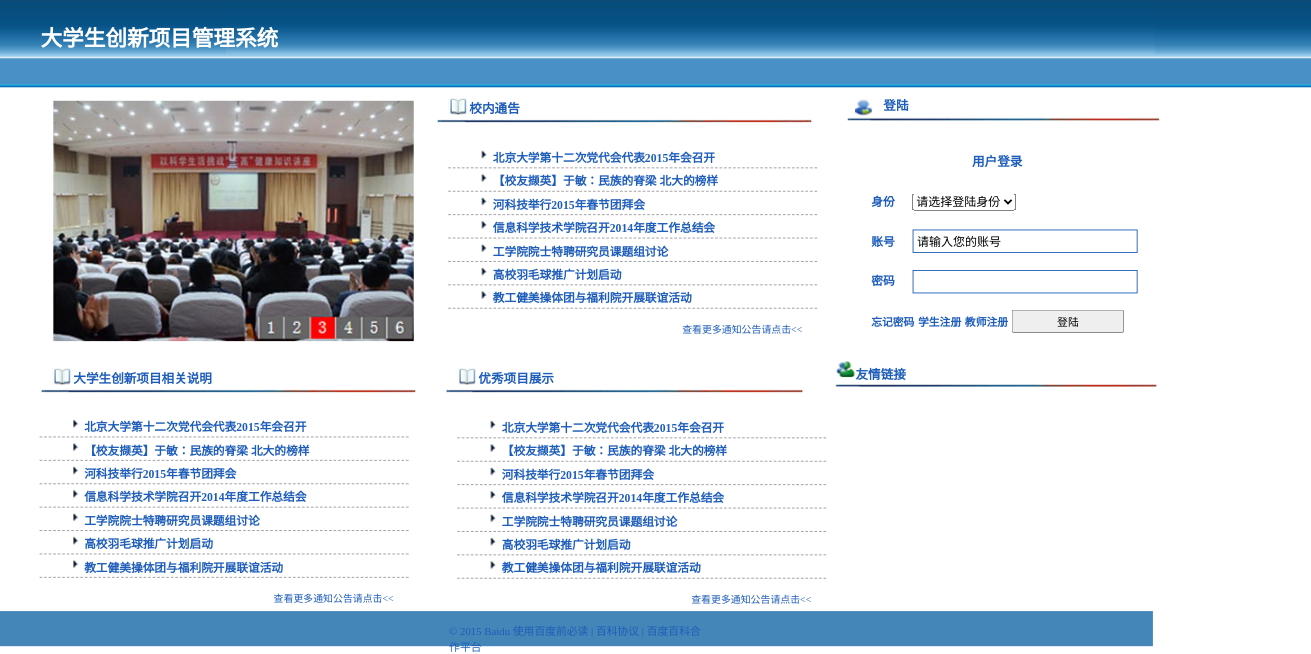
Repository: msmwlxy/ProjectManagement
Page: http://localhost/ProjectManagement/
These files come from the project's save history. The page is drawn as it stood at one moment and after the next save; the edit follows.
The browser window is 1280 px wide. The page is 1457 px wide, so the pictures cover 1457 px, including what lies to the right of the window. The pictures show the whole page, at 90% of full size.
The page is served by Tomcat 9. Nobody is signed in. The application's start-up code is not run. Other server files are loaded and not shown.

Above is the page before, as saved 2015-02-28 14:48:25.

### ProjectManagement/WebRoot/index.jsp
<%@ page language="java" import="java.util.*" pageEncoding="utf-8"%>
<%
	String path = request.getContextPath();
	String basePath = request.getScheme() + "://"
			+ request.getServerName() + ":" + request.getServerPort()
			+ path + "/";
%>

<!DOCTYPE HTML PUBLIC "-//W3C//DTD HTML 4.01 Transitional//EN">
<html>
<head>
<base href="<%=basePath%>">

<title>My JSP 'index.jsp' starting page</title>
<meta http-equiv="pragma" content="no-cache">
<meta http-equiv="cache-control" content="no-cache">
<meta http-equiv="expires" content="0">
<meta http-equiv="keywords" content="keyword1,keyword2,keyword3">
<meta http-equiv="description" content="This is my page">

<meta http-equiv="Content-Type" content="text/html; charset=utf-8" />
<!--
	<link rel="stylesheet" type="text/css" href="styles.css">
	-->
<link href="css/Home page11.css" type="text/css" rel="stylesheet" />
</head>

<body>
	<!-- This is my JSP page. <br>
    <a href="log_loginUI">登陆界面</a>
    <a href="log_signInUI?identity=5">学生注册界面</a>
     <a href="log_signInUI?identity=4">指导老师注册界面</a> -->


	<header>
	<div class="header">大学生创新项目管理系统</div>
	</header>
	<main>
	<div class="main" style="margin:0 auto;">
		<div class="left1">
			<img src="images/22.png" style="margin:24px 30px;">
		</div>
		<div class="middle1">
			<img src="images/shu.png">
			<div class="xiao">&nbsp;校内通告</div>
			<div class="xian">
				<img src="images/xian.png" width="420">
			</div>
			<div class="xuxian">
				<img src="images/sanjiao.png">&nbsp;&nbsp;<a href="#">北京大学第十二次党代会代表2015年会召开</a>
			</div>
			<div class="xuxian">
				<img src="images/sanjiao.png">&nbsp;&nbsp;<a href="#">【校友撷英】于敏：民族的脊梁&nbsp;北大的榜样</a>
			</div>
			<div class="xuxian">
				<img src="images/sanjiao.png">&nbsp;&nbsp;<a href="#">河科技举行2015年春节团拜会</a>
			</div>
			<div class="xuxian">
				<img src="images/sanjiao.png">&nbsp;&nbsp;<a href="#">信息科学技术学院召开2014年度工作总结会</a>
			</div>
			<div class="xuxian">
				<img src="images/sanjiao.png">&nbsp;&nbsp;<a href="#">工学院院士特聘研究员课题组讨论</a>
			</div>
			<div class="xuxian">
				<img src="images/sanjiao.png">&nbsp;&nbsp;<a href="#">高校羽毛球推广计划启动</a>
			</div>
			<div class="xuxian">
				<img src="images/sanjiao.png">&nbsp;&nbsp;<a href="#">教工健美操体团与福利院开展联谊活动</a>
			</div>
			<span class="pl_dianji"><a href="#" style="color:#1E5DBA;">查看更多通知公告请点击<<
			</a> </span>
		</div>
		<div class="right1">
			&nbsp;&nbsp;<img src="images/yi.png">
			<div class="ri1_deng">&nbsp;登陆</div>
			<div class="ri1_rr">
				<img src="images/xian.png" width="350">
				<p>用户登录</p>
			</div>
			<div class="ri1_sanjiao">
				<div class="ri1_login_text">
					<form method="post" action="log_login" onsubmit="check();">
						<div class="ri1_login_down">
							<font style="margin-left:30px;margin-right:15px;">身份</font> <select
								name="identity">
								<option value="0" selected="selected">请选择登陆身份</option>
								<option value="1">管理员</option>
								<option value="2">教务处审核人</option>
								<option value="3">院系审核人</option>
								<option value="4">指导老师</option>
								<option value="5">学生</option>
							</select>
							<div class="zhanghao">
								<font>账号</font><input name="accountNum" value="请输入您的账号"
									style="border:solid #1E5DBA 1px;" type="text" /><br> <font>密码</font><input
									name="password" style="border:solid #1E5DBA 1px;"
									type="password" />
							</div>
						</div>
						<div class="zhuce">
							<a href="">忘记密码</a> <a href="log_signInUI?identity=5">学生注册</a> <a
								href="log_signInUI?identity=4">教师注册</a> <input type="submit"
								style="width:125px;margin-left:0px;padding:2px;font-family:微软雅黑;font-size:12px"
								value="登陆" />
						</div>
					</form>
				</div>
			</div>
		</div>
		<div class="left2">
			<img src="images/shu.png">
			<div class="le2_da">&nbsp;大学生创新项目相关说明</div>
			<div class="xian">
				<img src="images/xian.png" width="420">
				<div id="le2_shuoming">
					<div class="xuxian">
						<img src="images/sanjiao.png">&nbsp;&nbsp;<a href="#">北京大学第十二次党代会代表2015年会召开</a>
					</div>
					<div class="xuxian">
						<img src="images/sanjiao.png">&nbsp;&nbsp;<a href="#">【校友撷英】于敏：民族的脊梁&nbsp;北大的榜样</a>
					</div>
					<div class="xuxian">
						<img src="images/sanjiao.png">&nbsp;&nbsp;<a href="#">河科技举行2015年春节团拜会</a>
					</div>
					<div class="xuxian">
						<img src="images/sanjiao.png">&nbsp;&nbsp;<a href="#">信息科学技术学院召开2014年度工作总结会</a>
					</div>
					<div class="xuxian">
						<img src="images/sanjiao.png">&nbsp;&nbsp;<a href="#">工学院院士特聘研究员课题组讨论</a>
					</div>
					<div class="xuxian">
						<img src="images/sanjiao.png">&nbsp;&nbsp;<a href="#">高校羽毛球推广计划启动</a>
					</div>
					<div class="xuxian">
						<img src="images/sanjiao.png">&nbsp;&nbsp;<a href="#">教工健美操体团与福利院开展联谊活动</a>
					</div>
					<span class="pl_dianji"><a href="#" style="color:#1E5DBA;">查看更多通知公告请点击<<
					</a> </span>
				</div>
			</div>
		</div>
		<div class="middle2">
			<img src="images/shu.png">
			<div class="you">&nbsp;优秀项目展示</div>
			<div class="xian">
				<img src="images/xian.png" width="400">
			</div>
			<div class="xuxian">
				<img src="images/sanjiao.png">&nbsp;&nbsp;<a href="#">北京大学第十二次党代会代表2015年会召开</a>
			</div>
			<div class="xuxian">
				<img src="images/sanjiao.png">&nbsp;&nbsp;<a href="#">【校友撷英】于敏：民族的脊梁&nbsp;北大的榜样</a>
			</div>
			<div class="xuxian">
				<img src="images/sanjiao.png">&nbsp;&nbsp;<a href="#">河科技举行2015年春节团拜会</a>
			</div>
			<div class="xuxian">
				<img src="images/sanjiao.png">&nbsp;&nbsp;<a href="#">信息科学技术学院召开2014年度工作总结会</a>
			</div>
			<div class="xuxian">
				<img src="images/sanjiao.png">&nbsp;&nbsp;<a href="#">工学院院士特聘研究员课题组讨论</a>
			</div>
			<div class="xuxian">
				<img src="images/sanjiao.png">&nbsp;&nbsp;<a href="#">高校羽毛球推广计划启动</a>
			</div>
			<div class="xuxian">
				<img src="images/sanjiao.png">&nbsp;&nbsp;<a href="#">教工健美操体团与福利院开展联谊活动</a>
			</div>
			<span class="pl_dianji"><a href="#" style="color:#1E5DBA;">查看更多通知公告请点击<<
			</a> </span>
		</div>
		<div class="right2">
			&nbsp;&nbsp;
			<div class="ri2_yq_tu">
				<img src="images/er.png">
			</div>
			<div class="ri2_lian">&nbsp;友情链接</div>
			<div class="ri2_i">
				<img src="images/xian.png" width="360">
			</div>
		</div>
	</div>
	</main>
	<bottom>
	<div class="bottom">
		<a href="#">© 2015 Baidu 使用百度前必读 | 百科协议 | 百度百科合作平台</a>
	</div>
	</bottom>






</body>
</html>

### ProjectManagement/WebRoot/css/Home page11.css
@charset "utf-8";
/* CSS Document */
main{
	margin:0 auto;
}
.header{
	background:url(../images/toulan.png);
	background-repeat:repeat-x;
	margin:-9px -9px;
	width:1366px;
	height:50px;
	font-weight:bolder;
	font-size:24px;
	padding:24px 46px;
	color:#FFF;
	/*border:1px #0C0 solid;*/
	}
.main{
	margin:10px -9px;
	padding-bottom::10px 100px;
	/*border:solid;*/
	width:1366px;
	height:600px;
	/*border:1px #0C0 solid;*/
	}
.left1{
	height:300px;
	width:450px;
	padding-left:20px;
	float:left;
	}
.middle1{
	padding:20px 20px;
	height:260px;
	width:400px;
	float:left;
	}
.xiao{
	margin:-18px 20px;
	font-size:14px;
	color:#1E5DBA;
	font-weight:bolder;
	}
.xian{
	margin:22px -14px;
	height:6px;
	width:300px;
	}
.right1{
	height:300px;
	width:380px;
	float:left;
	}
.right1 img{
	margin:20px 22px;
	font-size:14px;
	}
.ri1_deng{
	width:100px;
	height:19;
	margin:-51px 60px;
	margin-top:-49px;
	font-size:14px;
	color:#1E5DBA;
	font-weight:bolder;
	}
.ri1_rr img{
	width:350px;
	height:3px;
	margin-top:57px;
	}
.ri1_rr p{
	text-align:center;
	color:#1E5DBA;
	font-size:14px;
	font-weight:bolder;
	}
.ri1_sanjiao{
	width:360;
	height:164;
	font-size:16px;
	font-weight:bolder;
	color:#1950B6;
	margin-left:20px;
	}
.ri1_sanjiao font{
	font-weight:bolder;
	color:#1E5DBA;
	font-size:13px;
	margin-top:10px;
	}
.ri1_sanjiao input{
	width:250px;
	font-family:"微软雅黑";
	padding:4px;
	margin-left:20px;
	}
.ri1_sanjiao img{
	margin-left:30px;
	}
.ri1_sanjiao span{
	margin-left:100px;
	}
#ri1_login{
	margin-top:-30px;
	}

.ri1_login_text{
	line-height:44px;
	}
/*.ri1_login_down{
	margin-left:16px;
	margin-top:12px;
	}
*/
.zhanghao{
	margin-left:30px;
	/*border:1px #0C0 solid;*/
	}
.zhuce1{
	margin:20px 90px;
	/*border:1px #0C0 solid;*/
	}
.zhuce a{
		font-size:12px;
}
.zhuce{
	padding-left:30px;
}
.left2{
	padding:20px 20px;
	height:260px;
	width:410px;
	margin-left:30px;
	float:left;
	}
.le2_da{
	margin:-18px 20px;
	font-size:14px;
	color:#1E5DBA;
	font-weight:bolder;
}
#le2_shuoming{
	margin-top:24px;
	width:600px;
	height:69;
}
.middle2{
	padding:20px 20px;
	height:260px;
	width:400px;
	float:left;
	}
.right2{
	height:180px;
	width:342px;
	float:right;
	margin:-310px 60px;
	}
.ri2_lian{
	margin-top:-16px;
	margin-left:20px;
	font-size: 14px;
	color: #1E5DBA;
	font-weight: bolder;
	}
.ri2_i{
	margin-top:2px;
	}
.ri2_you{
	margin:-24px 40px;
	font-size:14px;
	color:#1E5DBA;
	font-weight:bolder;
	}


.left1{
	height:300px;
	width:450px;
	float:left;
	}
.middle1{
	padding:20px 20px;
	height:260px;
	width:400px;
	float:left;
	}
.xiao{
	margin:-18px 20px;
	font-size:14px;
	color:#1E5DBA;
	font-weight:bolder;
	}
.xian{
	margin:22px -14px;
	height:6px;
	width:300px;
}
.xuxian{
	color:#1E5DBA;
	height:25px;
	width:410px;
	line-height:30px;
	border-bottom:dashed #999999 1px;
	font-size:13px;
	font-weight:bolder;
}
.xuxian img{
	margin-left:35px;
	line-height:8px;
}
.pl_dianji{
	font-family:"微软雅黑";
	font-size:11px;
	color:#1E5DBA;
	margin-left:260px;
	line-height:46px;
}
.right1{
	height:300px;
	width:380px;
	float:left;
	/*border:1px #0C0 solid;*/
}
.left2{
	padding:20px 20px;
	height:260px;
	width:410px;
	float:left;
}

.middle2{
	padding:20px 20px;
	height:260px;
	width:400px;
	float:left;
}
.right2{
	height:300px;
	width:380px;
	float:right;
	margin:-307px 67px;
}
.bottom{
	background:url(../images/weilan.png);
	width:auto;
	height:20px;
	margin-bottom:100px;
	background-repeat:repeat-x;
	margin:-9px -9px;
	font-size:12px;
	padding:12px 500px;
}
a:link,a:visited{
	color:#1E5DBA;
	text-decoration:none;
}
a:hover{
	text-decoration:none;
	color:red;
}
.xiantiao{
	height:3px;
	width:840px;
}
.sanjiao{
	font-size:14px;
	font-weight:bolder;
	color:#1950B6;
	margin-top:40px;
	weight:840px;
}
.you{
	margin:-18px 20px;
	font-size:14px;
	color:#1E5DBA;
	font-weight:bolder;
}

After the next save:
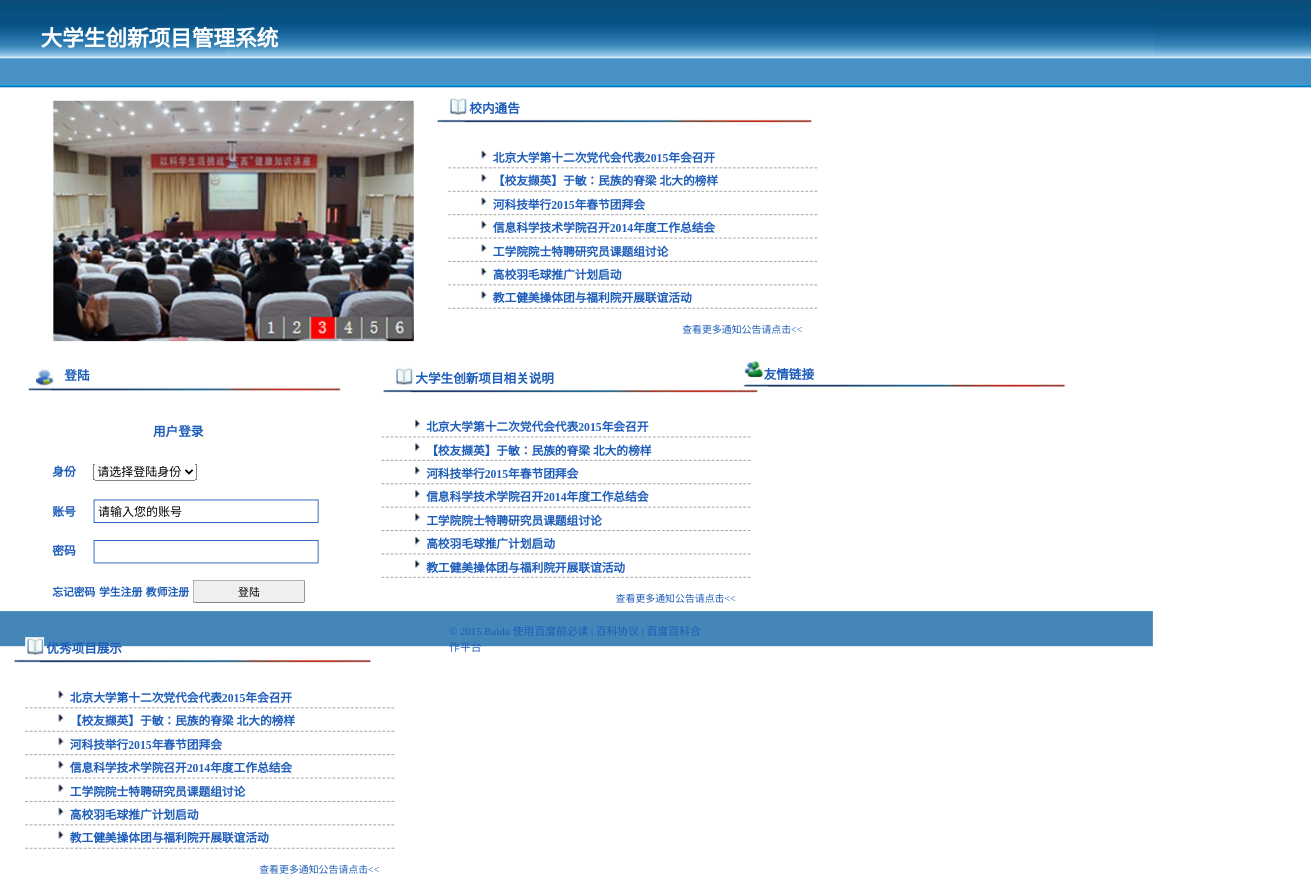
Saved 4 min 26 s later.
--- a/ProjectManagement/WebRoot/css/Home page11.css
+++ b/ProjectManagement/WebRoot/css/Home page11.css
@@ -19,7 +19,7 @@ main{
 	margin:10px -9px;
 	padding-bottom::10px 100px;
 	/*border:solid;*/
-	width:1366px;
+	width:auto;
 	height:600px;
 	/*border:1px #0C0 solid;*/
 	}
